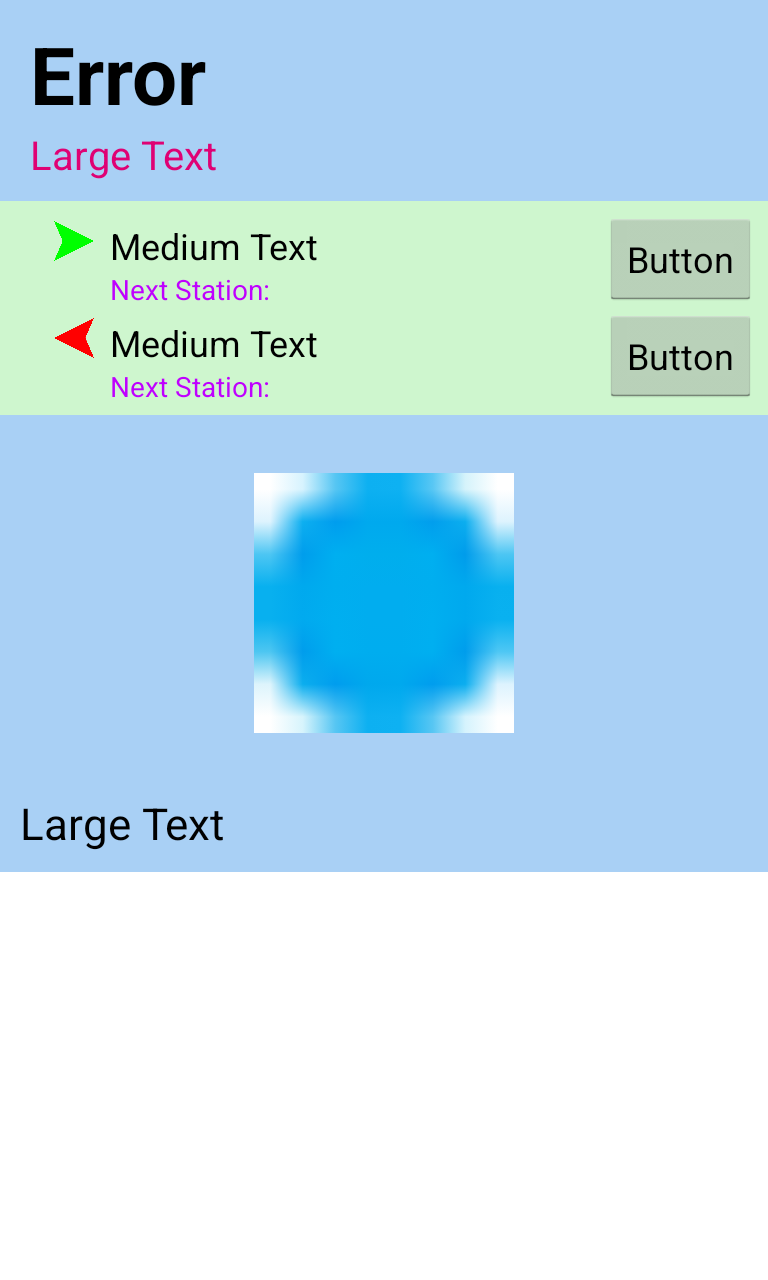
Repository: patheon17/myrepo2
Layout: workspace/UMBusTracking/res/layout/single_list_item_view.xml
An editor plug-in stored every save of this project. The layout is shown before and after the next save, followed by the edit.
It is drawn on a 768 x 1280 px phone screen (xhdpi) without system bars, with theme AppTheme; the app's code is not run.

Above is the layout before, as saved 2013-10-03 18:53:09.

### workspace/UMBusTracking/res/layout/single_list_item_view.xml
<?xml version="1.0" encoding="utf-8"?>
<ScrollView xmlns:android="http://schemas.android.com/apk/res/android"
    android:layout_width="fill_parent" android:layout_height="fill_parent">

<RelativeLayout
    android:layout_width="match_parent"
    android:layout_height="match_parent"
    android:background="@color/background_lime"
    android:orientation="vertical" >

    <TextView
        android:id="@+id/viewstoptitle"
        android:layout_width="fill_parent"
        android:layout_height="wrap_content"
        android:paddingLeft="15sp"
         android:layout_marginTop="10sp"
        android:text="@string/viewstoptitle"
        android:textColor="#000000"
        android:textSize="40sp"
        android:textStyle="bold" />

    <TextView
        android:id="@+id/routename"
        android:layout_width="match_parent"
        android:layout_height="wrap_content"
        android:layout_below="@+id/viewstoptitle"
        android:paddingLeft="15sp"
        android:textSize="20sp"
        android:text="Large Text"
        android:textColor="#DF0174"
        android:textAppearance="?android:attr/textAppearanceLarge" />

    <RelativeLayout
        android:id="@+id/div1"
        android:layout_width="match_parent"
        android:layout_height="wrap_content"
        android:layout_below="@+id/routename"
        android:layout_marginTop="10sp"
        android:background="#CEF6CE"
        android:padding="5sp"
        >

    <TextView
        android:id="@+id/routeto11"
        android:layout_width="wrap_content"
        android:layout_height="wrap_content"
        android:layout_alignLeft="@+id/nextstation"
         android:layout_below="@+id/nextstation"
         android:layout_marginTop="5sp"
        android:text="Medium Text"
        android:textAppearance="?android:attr/textAppearanceMedium" />


    <TextView
        android:id="@+id/routefrom"
        android:layout_width="wrap_content"
        android:layout_height="wrap_content"
        android:layout_alignParentLeft="true"
        android:layout_below="@+id/routename"
        android:layout_marginLeft="50dp"
        android:text="Medium Text"
         android:layout_marginTop="5sp"
        android:textAppearance="?android:attr/textAppearanceMedium" />

    <ImageView
        android:id="@+id/greenarrow"
        android:layout_width="20sp"
        android:layout_height="20sp"
        android:layout_alignParentLeft="true"
        android:layout_alignTop="@+id/routefrom"
        android:layout_marginLeft="22dp"

        android:src="@drawable/arrowgreen" />

    <TextView
        android:id="@+id/nextstation"
        android:layout_width="wrap_content"
        android:layout_height="wrap_content"
        android:layout_alignLeft="@+id/routefrom"
        android:layout_below="@+id/routefrom"
        android:text="Next Station: "
        android:textColor="#BF00FF"
        android:textAppearance="?android:attr/textAppearanceSmall" />

    <ImageView
        android:id="@+id/redarrow"
        android:layout_width="20sp"
        android:layout_height="20sp"
        android:layout_alignLeft="@+id/greenarrow"
         android:layout_alignTop="@+id/routeto11"
        android:src="@drawable/redarrow" />



    <TextView
        android:id="@+id/nextstation1"
        android:layout_width="wrap_content"
        android:layout_height="wrap_content"
        android:layout_alignLeft="@+id/routeto11"
        android:layout_below="@+id/routeto11"
        android:text="Next Station: "
         android:textColor="#BF00FF"
        android:textAppearance="?android:attr/textAppearanceSmall" />


    <Button
        android:id="@+id/button1"
        android:layout_width="wrap_content"
        android:layout_height="wrap_content"
        android:layout_alignParentRight="true"
        android:text="Button" />

    <Button
        android:id="@+id/button2"
        android:layout_width="wrap_content"
        android:layout_height="wrap_content"
        android:layout_alignLeft="@+id/button1"
        android:layout_below="@+id/nextstation"
        android.layout_alignTop="@+id/routeto11"
        android:text="Button" />


    </RelativeLayout>

     <ImageView
        android:id="@+id/imageView1"
        android:layout_width="match_parent"
        android:layout_height="150dp"
        android:layout_alignParentLeft="true"
        android:layout_below="@+id/div1"
        android:layout_marginTop="19dp"
        android:padding="10sp"
        android:src="@drawable/stops" />

     <TextView
        android:id="@+id/description"
        android:layout_width="match_parent"
        android:layout_height="wrap_content"
        android:layout_below="@+id/imageView1"
        android:text="Large Text"
        android:layout_marginTop="10sp"
        android:padding="10sp"
        android:textAppearance="?android:attr/textAppearanceLarge" />

</RelativeLayout>
</ScrollView>

### workspace/UMBusTracking/res/values/styles.xml
<resources>

    <!--
        Base application theme, dependent on API level. This theme is replaced
        by AppBaseTheme from res/values-vXX/styles.xml on newer devices.
    -->
    <style name="AppBaseTheme" parent="android:Theme.Light">
        <!--
            Theme customizations available in newer API levels can go in
            res/values-vXX/styles.xml, while customizations related to
            backward-compatibility can go here.
        -->
    </style>

    <!-- Application theme. -->
    <style name="AppTheme" parent="AppBaseTheme">
        <!-- All customizations that are NOT specific to a particular API-level can go here. -->
    </style>


</resources>

### workspace/UMBusTracking/res/values/strings.xml
<?xml version="1.0" encoding="utf-8"?>
<resources>

    <string name="app_name">UMBusTracking</string>
    <string name="action_settings">Settings</string>
    <string name="hello_world">Hello world!</string>
    <string name="button">Connect</string>
    <string name="title_activity_info">InfoActivity</string>
    <string name="title_activity_test2">Test2</string>
    <string name="title_activity_view_stops_details">View Bus Stops Details/Information</string>
    <string name="viewstoptitle">Error</string>
    <string name="title_activity_nearest_stop">NearestStop</string>
    <string name="displaystop">error</string>

    <color name="background_lime">#A9D0F5</color>

    <string name="routename">On Route</string>
    <string name="stopname">Bus Stop</string>
    <string name="title_activity_display_busses">DisplayBusses</string>

</resources>

Loaded but not shown: workspace/UMBusTracking/res/values-v11/styles.xml (common file); workspace/UMBusTracking/res/values-v14/styles.xml (common file)

After the next save:
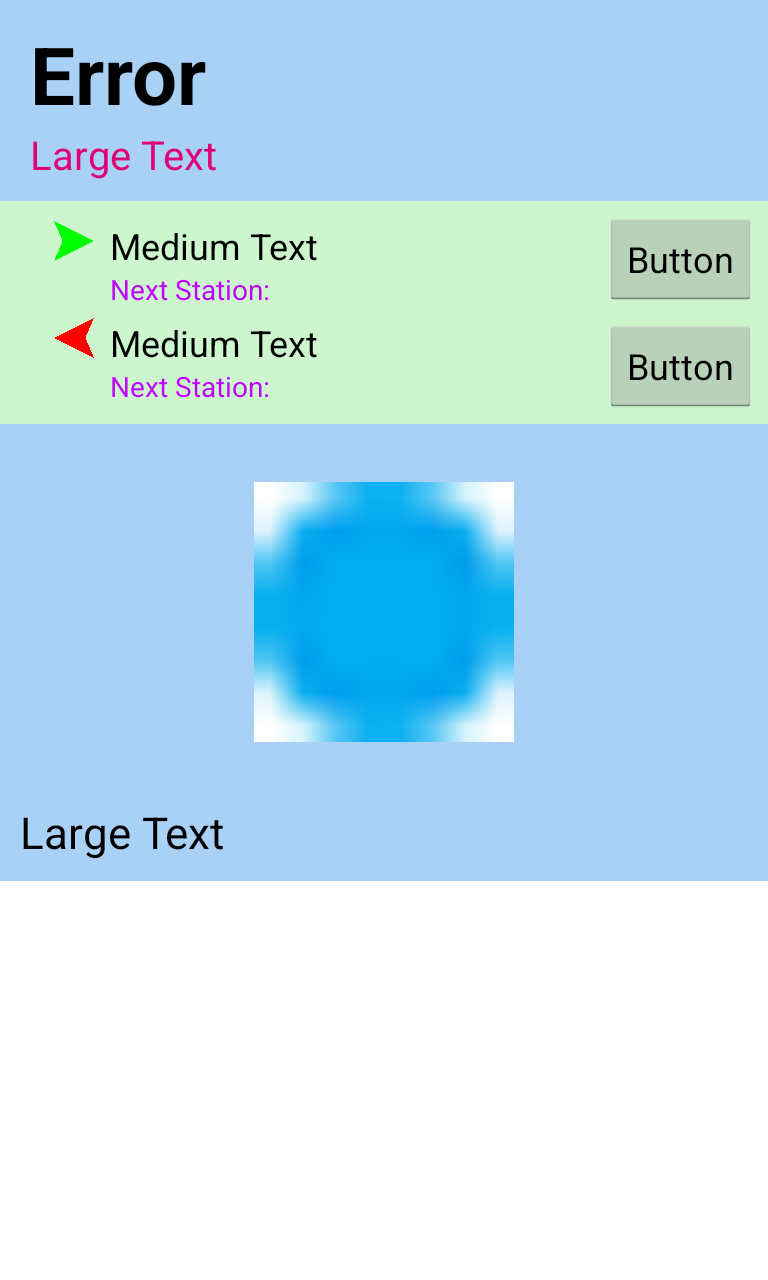
Saved 27 s later.
--- a/workspace/UMBusTracking/res/layout/single_list_item_view.xml
+++ b/workspace/UMBusTracking/res/layout/single_list_item_view.xml
@@ -116,7 +116,7 @@
         android:layout_height="wrap_content"
         android:layout_alignLeft="@+id/button1"
         android:layout_below="@+id/nextstation"
-        android.layout_alignTop="@+id/routeto11"
+       android:layout_alignTop="@+id/routeto11"
         android:text="Button" />
 
 
